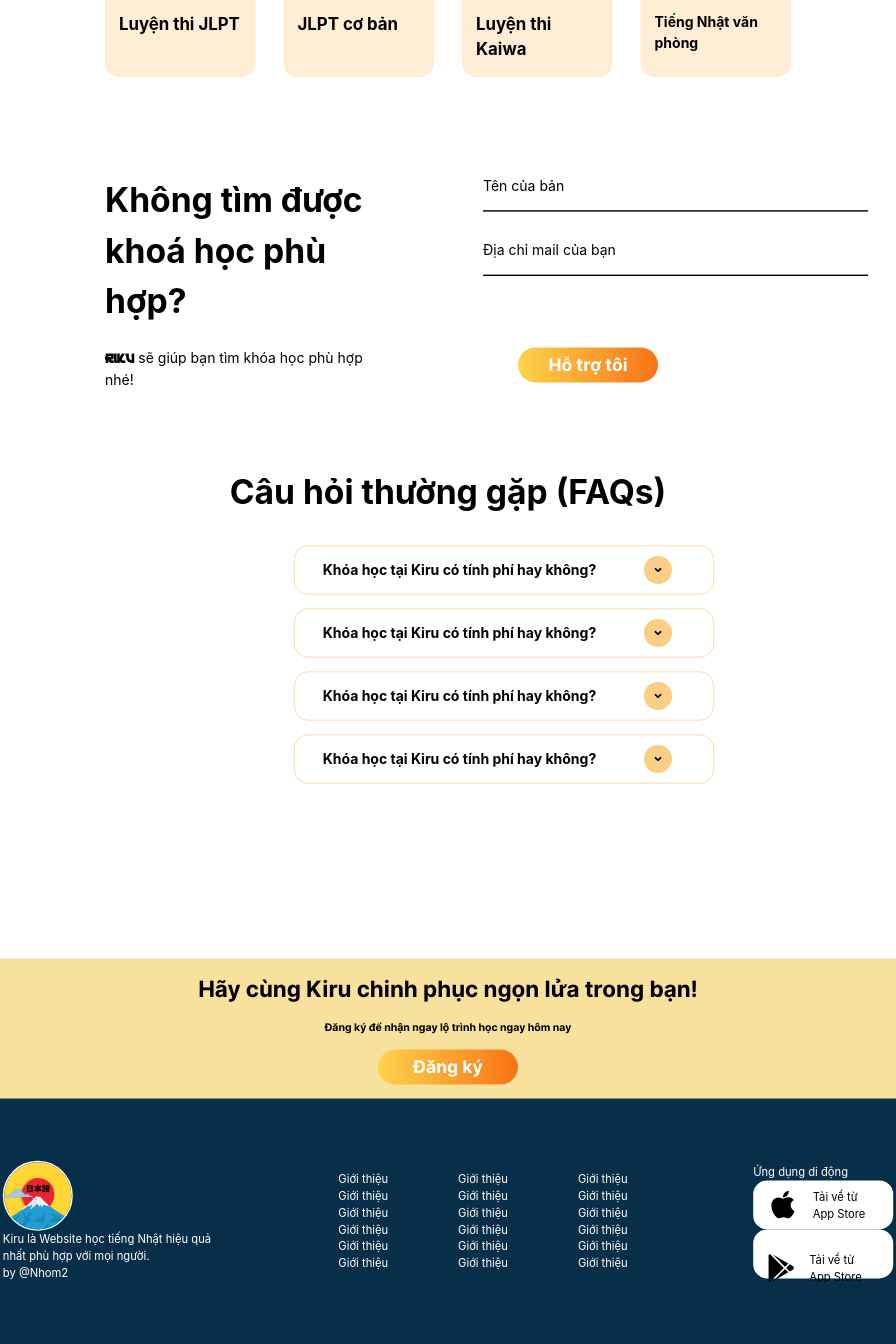
Repository: Quynhhuong150322/Kiru_Website-hoc-tieng-Nhat
Page: /
The author's editor kept a copy of each file at every save. The page is drawn from the files as they stood at one save, then again after the next save.
The browser window is 1280 px wide. The pictures show the part of the page from y = 3205 to 5125 px (the page is 5125 px tall), at 70% of full size.
The project was rebuilt for these pictures with package versions that can differ from the ones it lists, and the page was loaded fresh each time.

Above is the page before, as saved 2023-08-17 02:25:04.

After the next save:
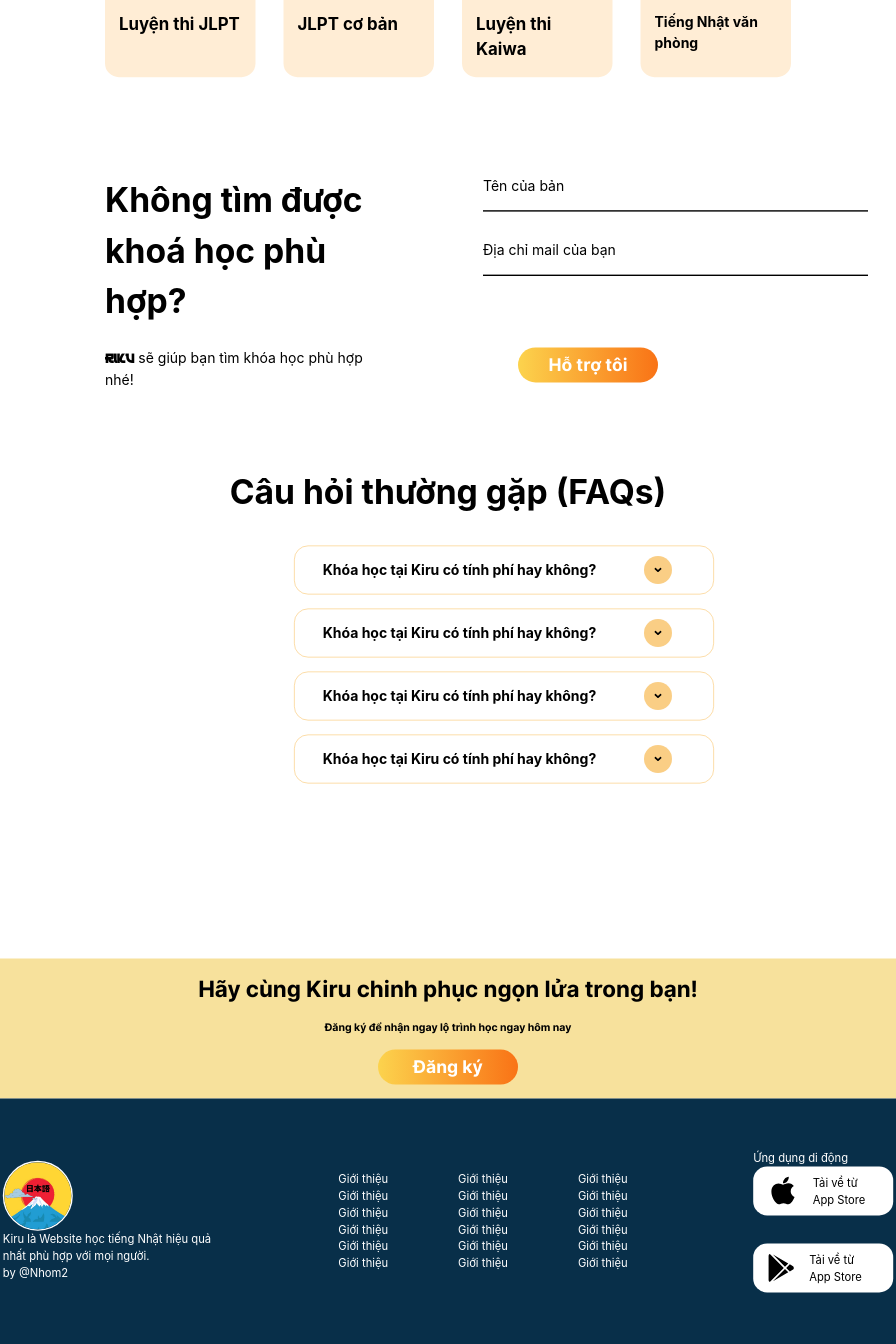
Saved 52 s later.
--- a/src/component/header_footer/footer.js
+++ b/src/component/header_footer/footer.js
@@ -50,12 +50,14 @@ const Footer = () => {
                             Tải về từ <p className="">App Store</p>
                         </div>
                     </div>
-                    <div className="h-[70px] w-[200px] bg-white rounded-[20px] flex gap-5 items-center pt-10">
-                        <div className="pl-5 ">
-                            <FaGooglePlay className="w-[40px] h-[40px]"/>
-                        </div>
-                        <div className="flex-initial w-64">
-                            Tải về từ <p className="">App Store</p>
+                    <div className="pt-10">
+                        <div className="h-[70px] w-[200px] bg-white rounded-[20px] flex gap-5 items-center">
+                            <div className="pl-5 ">
+                                <FaGooglePlay className="w-[40px] h-[40px]"/>
+                            </div>
+                            <div className="flex-initial w-64">
+                                Tải về từ <p className="">App Store</p>
+                            </div>
                         </div>
                     </div>
                 </div>
